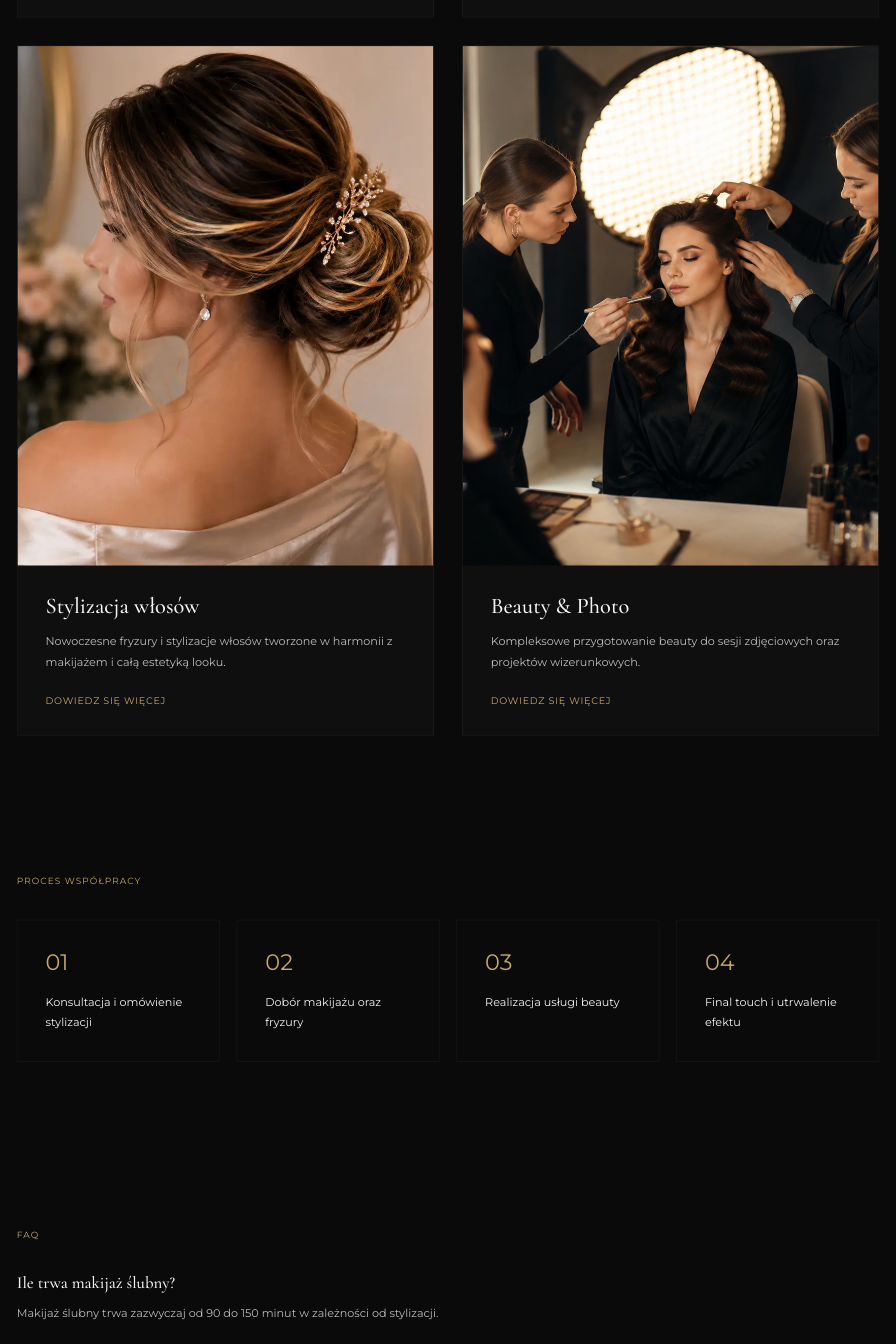
Repository: justynabrzezinskaatelier-bot/justynabrzezinska
Page: /uslugi
These files come from the project's save history. The page is drawn as it stood at one moment and after the next save; the edit follows.
The browser window is 1280 px wide. The pictures show the part of the page from y = 1727 to 3647 px (the page is 5111 px tall), at 70% of full size.
The project was rebuilt for these pictures with package versions that can differ from the ones it lists, and the page was loaded fresh each time. The framework's server and built-in components were replaced by stand-ins that run in the browser. Also part of the build but not shown: next.config.ts.

Above is the page before, as saved 2026-05-09 18:06:47.

### src/app/layout.tsx
import type { Metadata, Viewport } from "next";
import { Cormorant_Garamond, Montserrat } from "next/font/google";
import Navbar from "@/components/Navbar/Navbar";
import Footer from "@/components/Footer/Footer";

import "@/styles/globals.css";

const cormorant = Cormorant_Garamond({
  subsets: ["latin"],
  variable: "--font-heading",
});

const montserrat = Montserrat({
  subsets: ["latin"],
  variable: "--font-body",
});

export const metadata: Metadata = {
  title: "Justyna Brzezińska Beauty Atelier",
  description:
    "Makijaż i stylizacja włosów w Kielcach. Makeup & Hair Studio.",

  icons: {
    icon: [
      {
        url: "/favicon.ico",
      },
      {
        url: "/favicon.svg",
        type: "image/svg+xml",
      },
      {
        url: "/favicon-96x96.png",
        sizes: "96x96",
        type: "image/png",
      },
    ],

    apple: "/apple-touch-icon.png",

    shortcut: "/favicon.ico",
  },

  manifest: "/site.webmanifest",

  appleWebApp: {
    title: "JB Atelier",
  },
};

export const viewport: Viewport = {
  themeColor: "#0a0a0a",
};

export default function RootLayout({
  children,
}: Readonly<{
  children: React.ReactNode;
}>) {
  return (
    <html lang="pl" data-scroll-behavior="smooth">
      <body className={`${cormorant.variable} ${montserrat.variable}`}>
        <Navbar />
        {children}
        <Footer />
      </body>
    </html>
  );
}

### src/app/uslugi/page.tsx
import type { Metadata } from "next";
import ServicesPage from "@/sections/ServicesPage/ServicesPage";

export const metadata: Metadata = {
    title: "Usługi | Justyna Brzezińska Beauty Atelier",
    description:
        "Makijaż ślubny, makijaż okolicznościowy i stylizacja włosów w Kielcach. Premium Beauty Atelier.",

    keywords: [
        "makijaż Kielce",
        "makijaż ślubny Kielce",
        "stylizacja włosów Kielce",
        "makeup artist Kielce",
        "beauty atelier Kielce",
    ],
};

export default function UsługiPage() {
    return <ServicesPage />;
}

### src/components/Footer/Footer.tsx
import styles from "./Footer.module.css";
import Link from "next/link";
import Image from "next/image";

export default function Footer() {
    return (
        <footer className={styles.footer}>

            <div className={styles.top}>

                {/* BRAND */}
                <div className={styles.brand}>
                    <Image
                        src="/JB-logo.svg"
                        alt="Justyna Brzezińska Beauty Atelier"
                        width={180}
                        height={60}
                    />

                    <p>
                        Profesjonalny makijaż i stylizacja włosów
                        w Kielcach. Beauty Atelier stworzone dla kobiet
                        ceniących estetykę, jakość i indywidualne podejście.
                    </p>
                </div>

                {/* NAVIGATION */}
                <div className={styles.column}>
                    <h3>Nawigacja</h3>

                    <nav>
                        <Link href="/">Start</Link>
                        <Link href="/uslugi">Usługi</Link>
                        <Link href="/portfolio">Portfolio</Link>
                        <Link href="/opinie">Opinie</Link>
                        <Link href="/kontakt">Kontakt</Link>
                    </nav>
                </div>

                {/* SERVICES */}
                <div className={styles.column}>
                    <h3>Usługi</h3>

                    <div className={styles.links}>
                        <Link href="/uslugi">
                            Makijaż ślubny Kielce
                        </Link>

                        <Link href="/uslugi">
                            Makijaż okolicznościowy
                        </Link>

                        <Link href="/uslugi">
                            Stylizacja włosów Kielce
                        </Link>

                        <Link href="/uslugi">
                            Beauty & Photo
                        </Link>
                    </div>
                </div>

                {/* CONTACT */}
                <div className={styles.column}>
                    <h3>Kontakt</h3>

                    <div className={styles.contact}>
                        <a href="tel:+48604576265">
                            +48 604 576 265
                        </a>

                        <a href="mailto:justynabrzezinska.atelier@gmail.com">
                            justynabrzezinska.atelier@gmail.com
                        </a>

                        <p>
                            Kielce
                            <br />
                            ul. Świętego Leonarda 1
                        </p>
                    </div>

                    {/* SOCIALS */}
                    <div className={styles.socials}>

                        <a
                            href="https://www.instagram.com/justynabrzezinska.makeup.hair/"
                            target="_blank"
                            rel="noopener noreferrer"
                            aria-label="Instagram"
                        >
                            <InstagramIcon />
                        </a>

                        <a
                            href="https://www.facebook.com/justmakeup.kielce/"
                            target="_blank"
                            rel="noopener noreferrer"
                            aria-label="Facebook"
                        >
                            <FacebookIcon />
                        </a>

                    </div>
                </div>
            </div>

            {/* BOTTOM */}
            <div className={styles.bottom}>
                <p>
                    © {new Date().getFullYear()} Justyna Brzezińska Beauty Atelier.
                    All rights reserved.
                </p>
            </div>
        </footer>
    );
}

function InstagramIcon() {
    return (
        <svg width="22" height="22" viewBox="0 0 24 24" fill="none">
            <rect
                x="3"
                y="3"
                width="18"
                height="18"
                rx="5"
                stroke="currentColor"
                strokeWidth="1.5"
            />
            <circle
                cx="12"
                cy="12"
                r="4"
                stroke="currentColor"
                strokeWidth="1.5"
            />
            <circle
                cx="17.5"
                cy="6.5"
                r="1"
                fill="currentColor"
            />
        </svg>
    );
}

function FacebookIcon() {
    return (
        <svg width="22" height="22" viewBox="0 0 24 24" fill="none">
            <path
                d="M14 8h2V4h-2c-2.2 0-4 1.8-4 4v2H8v4h2v6h4v-6h2.5l.5-4H14V8c0-.6.4-1 1-1z"
                stroke="currentColor"
                strokeWidth="1.5"
                strokeLinejoin="round"
            />
        </svg>
    );
}

### src/styles/globals.css
* {
  margin: 0;
  padding: 0;
  box-sizing: border-box;
}

:root {
  --background: #0a0a0a;
  --text: #f5f5f5;

  --gold: #c6a769;
  --gold-light: #e2c78f;

  --pink: #d8b4b4;

  --container: 1280px;

  --font-heading: serif;
  --font-body: sans-serif;
}

html {
  scroll-behavior: smooth;
}

body {
  background: var(--background);
  color: var(--text);
  font-family: var(--font-body);
}

h1,
h2,
h3,
h4 {
  font-family: var(--font-heading);
  font-weight: 500;
  line-height: 1.1;
}

img {
  max-width: 100%;
  display: block;
}

button,
input,
textarea {
  font: inherit;
}

a {
  color: inherit;
  text-decoration: none;
}

.container {
  width: 100%;
  max-width: var(--container);
  margin: 0 auto;
  padding: 0 24px;
}

### src/sections/ServicesPage/ServicesPage.tsx
import Image from "next/image";
import styles from "./ServicesPage.module.css";

const services = [
    {
        title: "Makijaż ślubny",
        description:
            "Elegancki i trwały makijaż ślubny tworzony z dbałością o każdy detal oraz perfekcyjne wykończenie.",
        image: "/services/wedding-makeup.webp",
        href: "/uslugi/makijaz-slubny-kielce",
    },

    {
        title: "Makijaż okolicznościowy",
        description:
            "Profesjonalny makijaż na wyjątkowe okazje podkreślający naturalne piękno i charakter stylizacji.",
        image: "/services/occasion-makeup.webp",
        href: "/uslugi/makijaz-okolicznosciowy-kielce",
    },

    {
        title: "Stylizacja włosów",
        description:
            "Nowoczesne fryzury i stylizacje włosów tworzone w harmonii z makijażem i całą estetyką looku.",
        image: "/services/hair-style-look.webp",
        href: "/uslugi/stylizacja-wlosow-kielce",
    },

    {
        title: "Beauty & Photo",
        description:
            "Kompleksowe przygotowanie beauty do sesji zdjęciowych oraz projektów wizerunkowych.",
        image: "/services/beautyphoto.webp",
        href: "/uslugi/beauty-photo-kielce",
    },
];

const process = [
    "Konsultacja i omówienie stylizacji",
    "Dobór makijażu oraz fryzury",
    "Realizacja usługi beauty",
    "Final touch i utrwalenie efektu",
];

const faq = [
    {
        question: "Ile trwa makijaż ślubny?",
        answer:
            "Makijaż ślubny trwa zazwyczaj od 90 do 150 minut w zależności od stylizacji.",
    },

    {
        question: "Czy wykonujecie również fryzury?",
        answer:
            "Tak, atelier oferuje kompleksową stylizację włosów dopasowaną do makijażu.",
    },

    {
        question: "Czy możliwa jest wcześniejsza konsultacja?",
        answer:
            "Tak, przed realizacją usługi możliwe jest omówienie oczekiwań i inspiracji.",
    },
];

export default function ServicesPage() {
    return (
        <main className={styles.page}>
            <section className={styles.hero}>

                <p className={styles.label}>Beauty Atelier</p>

                <h1>
                    Makijaż i stylizacja włosów
                    <span> w Kielcach</span>
                </h1>

                <p className={styles.description}>
                    Luxury Makeup & Hair Studio tworzone z pasji do
                    estetyki, trwałości i indywidualnego podejścia.
                </p>

            </section>

            <section className={styles.services}>
                <div className="container">
                    <div className={styles.grid}>
                        {services.map((service) => (
                            <article key={service.title} className={styles.card}>
                                <div className={styles.imageWrapper}>
                                    <Image
                                        src={service.image}
                                        alt={service.title}
                                        fill
                                        sizes="(max-width: 960px) 100vw, 50vw"
                                        className={styles.image}
                                    />
                                </div>

                                <div className={styles.content}>
                                    <h2>{service.title}</h2>

                                    <p>{service.description}</p>

                                    <a href={service.href}>Dowiedz się więcej</a>
                                </div>
                            </article>
                        ))}
                    </div>
                </div>
            </section>

            <section className={styles.process}>
                <div className="container">
                    <p className={styles.label}>Proces współpracy</p>

                    <div className={styles.processGrid}>
                        {process.map((step, index) => (
                            <div key={step} className={styles.processCard}>
                                <span>0{index + 1}</span>

                                <p>{step}</p>
                            </div>
                        ))}
                    </div>
                </div>
            </section>

            <section className={styles.faq}>
                <div className="container">
                    <p className={styles.label}>FAQ</p>

                    <div className={styles.faqList}>
                        {faq.map((item) => (
                            <article key={item.question} className={styles.faqItem}>
                                <h3>{item.question}</h3>

                                <p>{item.answer}</p>
                            </article>
                        ))}
                    </div>
                </div>
            </section>

            <section className={styles.cta}>
                <div className="container">
                    <h2>Zarezerwuj swój termin</h2>

                    <p>
                        Skontaktuj się i stwórzmy wyjątkową stylizację
                        dopasowaną do Ciebie.
                    </p>

                    <a href="/kontakt">Umów wizytę</a>
                </div>
            </section>
        </main>
    );
}

### src/components/Navbar/Navbar.module.css
.header {
    position: fixed;
    top: 0;
    width: 100%;
    z-index: 100;
    transition: all 0.3s ease;
}

.scrolled {
    background: rgba(11, 11, 13, 0.6);
    backdrop-filter: blur(12px);
    border-bottom: 1px solid rgba(200, 169, 106, 0.15);
}

.inner {
    max-width: 1200px;
    margin: 0 auto;
    padding: 18px 24px;
    display: flex;
    align-items: center;
    justify-content: space-between;
}

/* LOGO */
.logo {
    display: flex;
    align-items: center;
}

/* NAV */
.nav {
    display: flex;
    gap: 32px;
}

.nav a {
    color: #fff;
    font-size: 14px;
    letter-spacing: 1px;
    text-transform: uppercase;
    opacity: 0.8;
    transition: 0.3s;
}

.nav a:hover {
    opacity: 1;
    color: #c8a96a;
}

/* CTA */
.cta {
    padding: 10px 18px;
    border: 1px solid #c8a96a;
    color: #c8a96a;
    font-size: 13px;
    text-transform: uppercase;
    letter-spacing: 1px;
    transition: 0.3s;
}

.cta:hover {
    background: #c8a96a;
    color: #0b0b0d;
}

/* BURGER */
.burger {
    display: none;
    flex-direction: column;
    gap: 5px;
    background: none;
    border: none;
}

.burger span {
    width: 24px;
    height: 2px;
    background: white;
    transition: 0.3s;
}

/* OVERLAY */
.overlay {
    position: fixed;
    inset: 0;
    background: rgba(0, 0, 0, 0.6);
    backdrop-filter: blur(8px);
    z-index: 90;
}

/* MOBILE MENU */
.mobileMenu {
    position: fixed;
    inset: 0;
    width: 100vw;
    height: 100vh;
    background: rgba(11, 11, 13, 0.98);
    backdrop-filter: blur(18px);
    z-index: 1000;

    display: flex;
    justify-content: center;
    align-items: center;

    opacity: 0;
    pointer-events: none;
    transition: opacity 0.4s ease;
}

/* OPEN STATE */
.open {
    opacity: 1;
    pointer-events: all;
}

.mobileContent {
    display: flex;
    flex-direction: column;
    align-items: center;
    text-align: center;
    gap: 40px;

    transform: scale(0.98);
    animation: fadeIn 0.5s ease forwards;
}

/* LOGO */
.mobileLogo {
    margin-bottom: 10px;
}

/* NAV LINKS - LUXURY TYPOGRAPHY */
.mobileNav {
    display: flex;
    flex-direction: column;
    gap: 22px;
}

.mobileNav a {
    font-size: 22px;
    letter-spacing: 2px;
    text-transform: uppercase;
    color: #ffffff;
    opacity: 0.75;
    transition: 0.3s;
}

.mobileNav a:hover {
    opacity: 1;
    color: #c8a96a;
}

/* CTA */
.mobileCTA {
    margin-top: 20px;
    padding: 14px 28px;
    border: 1px solid #c8a96a;
    color: #c8a96a;
    text-transform: uppercase;
    letter-spacing: 2px;
    font-size: 13px;
    transition: 0.3s;
}

.mobileCTA:hover {
    background: #c8a96a;
    color: #0b0b0d;
}

/* CLOSE BUTTON */
.close {
    position: absolute;
    top: 24px;
    right: 24px;
    font-size: 36px;
    background: none;
    border: none;
    color: white;
    opacity: 0.6;
    transition: 0.3s;
}

.close:hover {
    opacity: 1;
}

/* ANIMATION */
@keyframes fadeIn {
    from {
        opacity: 0;
        transform: scale(0.96);
    }

    to {
        opacity: 1;
        transform: scale(1);
    }
}

/* RESPONSIVE */
@media (max-width: 900px) {

    .nav,
    .cta {
        display: none;
    }

    .burger {
        display: flex;
    }
}

### src/components/Footer/Footer.module.css
.footer {
    position: relative;

    padding:
        120px 40px 40px;

    background:
        linear-gradient(to bottom,
            #0a0a0c,
            #050505);

    border-top:
        1px solid rgba(255, 255, 255, 0.06);
}

.top {
    max-width: 1400px;
    margin: 0 auto;

    display: grid;
    grid-template-columns:
        1.4fr 1fr 1fr 1fr;

    gap: 80px;
}

.brand p {
    margin-top: 28px;

    color:
        rgba(255, 255, 255, 0.62);

    line-height: 1.9;

    max-width: 340px;
}

.column h3 {
    margin-bottom: 24px;

    font-size: 14px;
    font-weight: 500;
    letter-spacing: 0.12em;
    text-transform: uppercase;

    color:
        rgba(255, 255, 255, 0.45);
}

.column nav,
.links,
.contact {
    display: flex;
    flex-direction: column;
    gap: 16px;
}

.column a,
.contact p {
    color:
        rgba(255, 255, 255, 0.88);

    text-decoration: none;

    transition: 0.3s ease;
}

.column a:hover {
    color: white;
}

.socials {
    display: flex;
    gap: 18px;

    margin-top: 28px;
}

.socials a {
    width: 48px;
    height: 48px;

    display: flex;
    align-items: center;
    justify-content: center;

    border-radius: 50%;

    border:
        1px solid rgba(255, 255, 255, 0.08);

    background:
        rgba(255, 255, 255, 0.03);

    color:
        rgba(255, 255, 255, 0.8);

    transition:
        transform 0.3s ease,
        background 0.3s ease,
        border-color 0.3s ease;
}

.socials a:hover {
    transform: translateY(-3px);

    background:
        rgba(255, 255, 255, 0.08);

    border-color:
        rgba(255, 255, 255, 0.15);

    color: white;
}

.bottom {
    margin-top: 100px;
    padding-top: 30px;

    border-top:
        1px solid rgba(255, 255, 255, 0.06);

    text-align: center;
}

.bottom p {
    color:
        rgba(255, 255, 255, 0.42);

    font-size: 14px;
}

@media (max-width: 1000px) {

    .top {
        grid-template-columns: 1fr;
        gap: 60px;
    }

    .footer {
        display: flex;
        flex-direction: column;
        align-items: center;
        justify-content: center;
        align-items: center;
        text-align: center;
        padding:
            90px 24px 32px;
    }

    .brand {
        display: flex;
        flex-direction: column;
        align-items: center;
    }

    .socials {
        justify-content: center;
    }

    .bottom {
        margin-top: 60px;
    }
}

### src/sections/ServicesPage/ServicesPage.module.css
.page {
    padding-top: 140px;
}

.hero {
    display: flex;
    flex-direction: column;
    align-items: center;
    justify-content: center;
    padding: 120px 0 80px;
}

.label {
    color: var(--gold);

    text-transform: uppercase;
    letter-spacing: 0.12em;

    margin-bottom: 24px;

    font-size: 0.8rem;
}

.hero h1 {
    text-align: center;
    font-size: clamp(3rem, 10vw, 6rem);
    max-width: 900px;
    line-height: 1.1;
}

.hero h1 span {
    color: var(--gold);
}

.description {
    text-align: center;
    margin-top: 32px;
    max-width: 640px;
    color: rgba(255, 255, 255, 0.72);
    font-size: 1.1rem;
    line-height: 1.8;
}

.services {
    padding: 80px 0;
}

.grid {
    display: grid;
    grid-template-columns: repeat(2, 1fr);

    gap: 40px;
}

.card {
    background: rgba(255, 255, 255, 0.02);

    border: 1px solid rgba(255, 255, 255, 0.05);

    overflow: hidden;

    transition:
        transform 0.4s ease,
        border-color 0.4s ease;
}

.card:hover {
    transform: translateY(-8px);

    border-color: rgba(198, 167, 105, 0.3);
}

.imageWrapper {
    position: relative;

    aspect-ratio: 4 / 5;
}

.image {
    object-fit: cover;
}

.content {
    padding: 40px;
}

.content h2 {
    margin-bottom: 20px;

    font-size: 2rem;
}

.content p {
    color: rgba(255, 255, 255, 0.72);

    line-height: 1.8;
}

.content a {
    display: inline-block;

    margin-top: 32px;

    color: var(--gold);

    text-transform: uppercase;
    letter-spacing: 0.08em;

    font-size: 0.85rem;
}

.process {
    padding: 120px 0;
}

.processGrid {
    display: grid;
    grid-template-columns: repeat(4, 1fr);

    gap: 24px;

    margin-top: 48px;
}

.processCard {
    padding: 40px;

    border: 1px solid rgba(255, 255, 255, 0.05);
}

.processCard span {
    display: block;

    margin-bottom: 24px;

    color: var(--gold);

    font-size: 2rem;
}

.processCard p {
    line-height: 1.8;
}

.faq {
    padding: 120px 0;
}

.faqList {
    display: flex;
    flex-direction: column;

    gap: 32px;

    margin-top: 48px;
}

.faqItem {
    padding-bottom: 32px;

    border-bottom: 1px solid rgba(255, 255, 255, 0.08);
}

.faqItem h3 {
    margin-bottom: 16px;

    font-size: 1.5rem;
}

.faqItem p {
    color: rgba(255, 255, 255, 0.72);

    line-height: 1.8;
}

.cta {
    padding: 140px 0;

    text-align: center;
}

.cta h2 {
    font-size: clamp(3rem, 7vw, 5rem);
}

.cta p {
    max-width: 640px;

    margin: 24px auto 0;

    color: rgba(255, 255, 255, 0.72);

    line-height: 1.8;
}

.cta a {
    display: inline-block;

    margin-top: 40px;

    padding: 18px 36px;

    border: 1px solid var(--gold);

    text-transform: uppercase;
    letter-spacing: 0.08em;

    transition:
        background 0.3s ease,
        color 0.3s ease;
}

.cta a:hover {
    background: var(--gold);
    color: #000;
}

@media (max-width: 960px) {
    .grid {
        grid-template-columns: 1fr;
    }

    .processGrid {
        grid-template-columns: 1fr;
    }

    .content {
        padding: 32px 24px;
    }

    .hero {
        padding-top: 80px;
    }
}

Loaded but not shown: src/components/Navbar/Navbar.tsx (185 lines, source omitted)

After the next save:
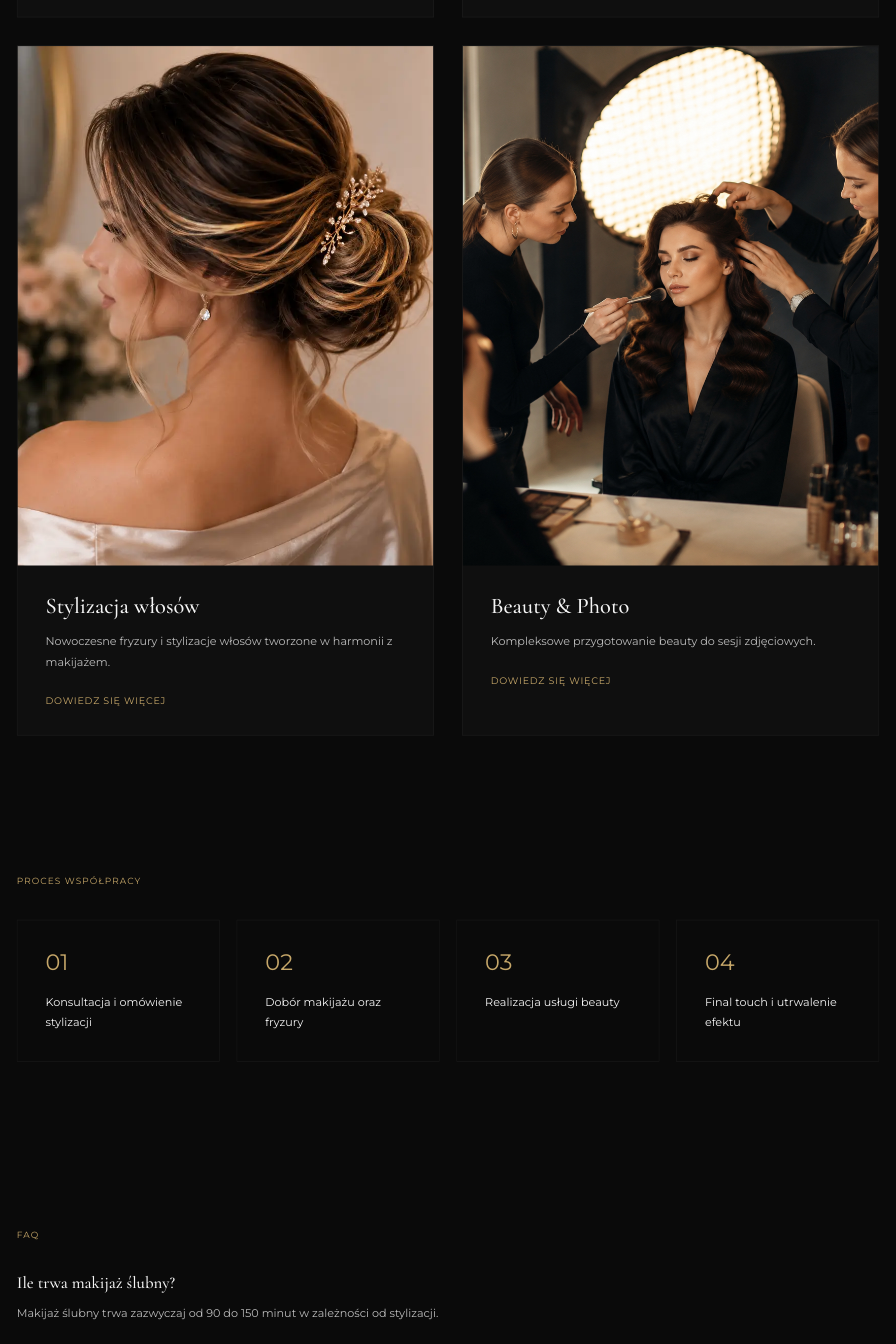
Saved 3 min 26 s later.
--- a/src/sections/ServicesPage/ServicesPage.tsx
+++ b/src/sections/ServicesPage/ServicesPage.tsx
@@ -7,31 +7,28 @@
         description:
             "Elegancki i trwały makijaż ślubny tworzony z dbałością o każdy detal oraz perfekcyjne wykończenie.",
         image: "/services/wedding-makeup.webp",
-        href: "/uslugi/makijaz-slubny-kielce",
+        slug: "makijaz-slubny-kielce",
     },
-
     {
         title: "Makijaż okolicznościowy",
         description:
             "Profesjonalny makijaż na wyjątkowe okazje podkreślający naturalne piękno i charakter stylizacji.",
         image: "/services/occasion-makeup.webp",
-        href: "/uslugi/makijaz-okolicznosciowy-kielce",
+        slug: "makijaz-okolicznosciowy-kielce",
     },
-
     {
         title: "Stylizacja włosów",
         description:
-            "Nowoczesne fryzury i stylizacje włosów tworzone w harmonii z makijażem i całą estetyką looku.",
+            "Nowoczesne fryzury i stylizacje włosów tworzone w harmonii z makijażem.",
         image: "/services/hair-style-look.webp",
-        href: "/uslugi/stylizacja-wlosow-kielce",
+        slug: "stylizacja-wlosow-kielce",
     },
-
     {
         title: "Beauty & Photo",
         description:
-            "Kompleksowe przygotowanie beauty do sesji zdjęciowych oraz projektów wizerunkowych.",
+            "Kompleksowe przygotowanie beauty do sesji zdjęciowych.",
         image: "/services/beautyphoto.webp",
-        href: "/uslugi/beauty-photo-kielce",
+        slug: "beauty-photo-kielce",
     },
 ];
 
